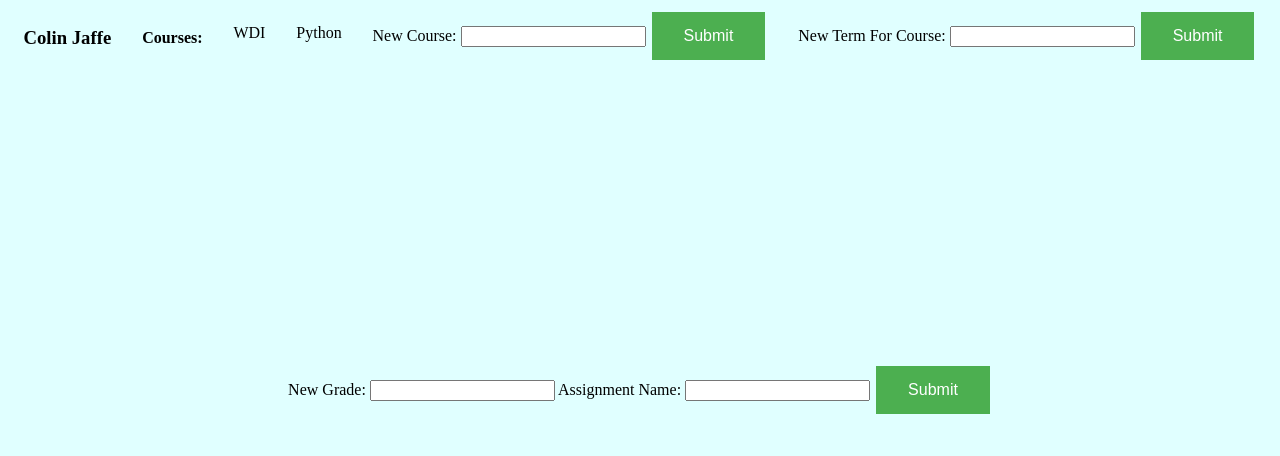
Repository: EdmontDantes/graderaide-ui
Page: add.html
These files come from the project's save history. The page is drawn as it stood at one moment and after a run of saves; the edit follows.
The browser window is 1280 px wide. The pictures show the whole page.

Above is the page before, as saved 2020-04-21 15:45:20.

### add.html
<html lang="en">
  <head>
    <title>Graderaide</title>
    <meta charset="UTF-8">
    <meta name="viewport" content="width=device-width, initial-scale=1">
    <link rel="stylesheet" type="text/css" href="style-add.css">
  </head>

  <body>
    <section class="app">

      <h3>Colin Jaffe</h1>
      <h4>Courses:</h3>
      <p>WDI</p>
      <p>Python</p>
      <section>
        <label for="new-course">New Course:</label>
        <input type="text" name="new-course" class="new-course">
        <button type="submit" class="submit-new-course">Submit</button>
      </section>
      <section>
        <label for="new-term">New Term For Course:</label>
        <input type="text" name="new-term" class="new-term">
        <button type="submit" class="submit-new-term">Submit</button>
      </section>
      <section>
        <label for="new-grade">New Grade:</label>
        <input type="text" name="new-grade" class="new-grade">
        <label for="new-grade-assignment">Assignment Name:</label>
        <input type="text" name="new-grade-assignment" class="new-grade-assignment">
        <button type="submit" class="submit-new-grade-assignment">Submit</button>
      </section>
    </section>
  </body>
</html>

### style-add.css
@media (min-width: 601px) and (max-width: 1100px);
body {
    background-color: lightcyan;
    display: flex;
    flex-wrap: wrap;
    justify-content: center;
}

.app {
    display: flex;
    flex-direction: row;
    flex-wrap: wrap;
    justify-content: space-around;
}

#text-h1-creation-section {
    display: flex;
    flex-wrap: wrap;
    justify-content: center;
    font-size: 2em;
}

#new-student-input-options {
    display: flex;
    flex-wrap: wrap;
    flex-direction: row;
    justify-content: space-evenly;
}

.new-student-submit {
    display: flex;
    flex-wrap: wrap;
    justify-content: center;
}

.new-student-input {
    display: grid;

    background-color: lightgreen;
    border: 3px solid black;

}
button {
    background-color: #4CAF50; /* Green */
    border: none;
    color: white;
    padding: 15px 32px;
    text-align: center;
    text-decoration: none;
    display: inline-block;
    font-size: 16px;
    margin: 4px 2px;
    cursor: pointer;
}

.student-display {
    display: flex;
    justify-content: space-around;
    border: 3px dotted #BFC0C0;
    margin: 15px;
}

.student-info {
    display: flex;
    flex-direction: column;
    justify-content: space-evenly;
}

a {
    background-color: white;
    color: black;
    border: 5px solid #4CAF50;
    padding: 10px 20px;
    text-align: center;
    text-decoration: none;
    display: inline-block;
    font-size: 16px;
    margin-left: 20px;
}

After the next 3 saves:
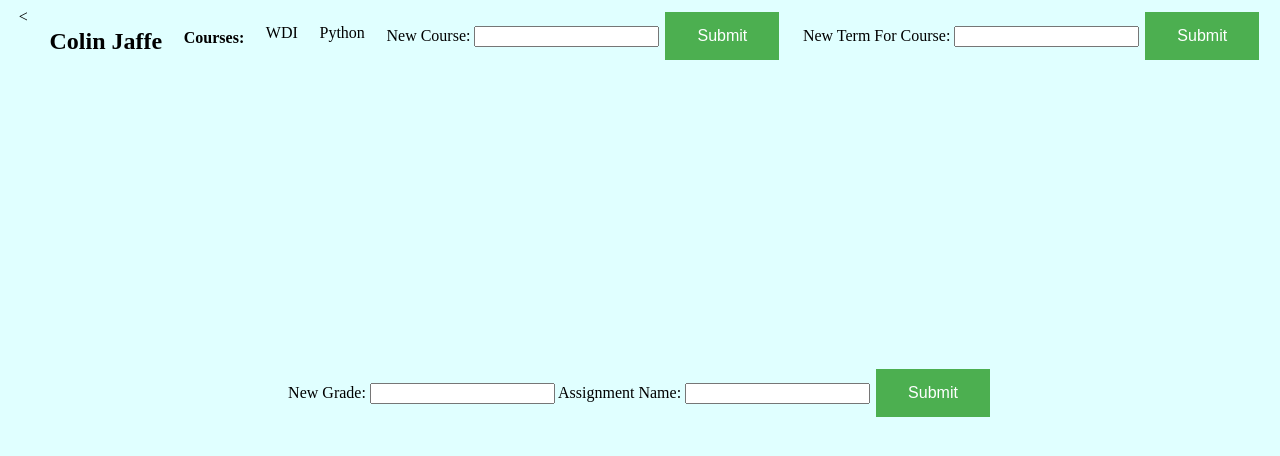
The 3 saves are shown as one change because they came seconds apart.
The last was saved 8 s later.
--- a/add.html
+++ b/add.html
@@ -8,8 +8,8 @@
 
   <body>
     <section class="app">
-
-      <h3>Colin Jaffe</h1>
+      <
+      <h2>Colin Jaffe</h1>
       <h4>Courses:</h3>
       <p>WDI</p>
       <p>Python</p>
